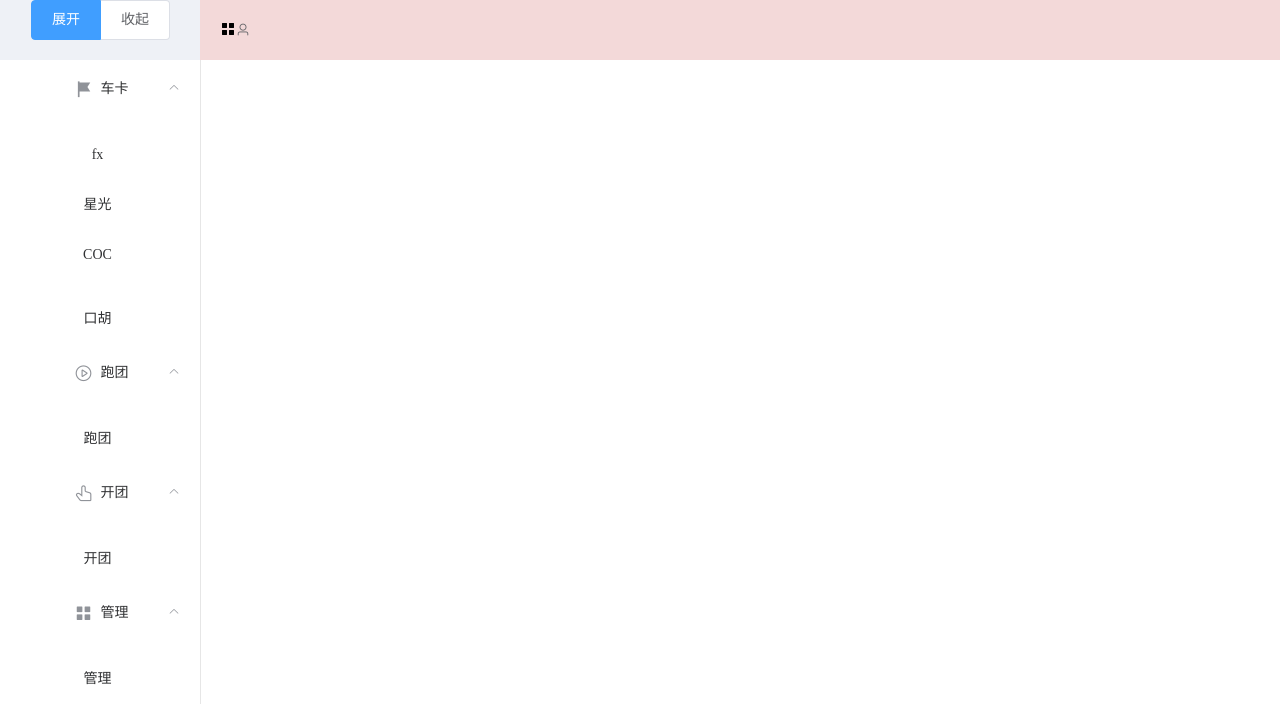
Repository: redlout/ptgkd
Page: /
These files come from the project's save history. The page is drawn as it stood at one moment and after the next save; the edit follows.
The browser window is 1280 px wide. The pictures show the whole page.
The project was rebuilt for these pictures with package versions that can differ from the ones it lists, and the page was loaded fresh each time. Also part of the build but not shown: src/mock/mock.js, src/views/Login.vue, src/components/SvgIcon/index.vue.

Above is the page before, as saved 2019-09-02 16:42:53.

### index.html
<!DOCTYPE html>
<html>
  <head>
    <meta charset="utf-8">
    <meta name="viewport" content="width=device-width,initial-scale=1.0">
    <title>ptgkd</title>
  </head>
  <body>
    <div id="app"></div>
    <!-- built files will be auto injected -->
  </body>
</html>

<style>
body{
  margin:0;
  padding:0;
}
</style>

### src/main.js
// import '@/styles/index.scss'
// import 'normalize.css/normalize.css'
import Vue from 'vue'
import App from './App'
import router from './router'

import ElementUI from 'element-ui'
import 'element-ui/lib/theme-chalk/index.css'
import api from './http/index'
import './icons'
import store from './store'

Vue.config.productionTip = false
Vue.use(ElementUI);
Vue.use(api);

// Vue.use(api)
/* eslint-disable no-new */
new Vue({
  el: '#app',
  router,
  store,
  render: h => h(App)
})

### src/router/index.js
import Vue from 'vue'
import Router from 'vue-router'
import HelloWorld from '@/views/HelloWorld'
import Login from '@/views/Login'

Vue.use(Router)

const router = new Router({
  routes: [
    {
      path: '/',
      name: 'HelloWorld',
      component: HelloWorld
    },
    {
      path: '/login',
      name: 'Login',
      component: Login
    }
  ]
})

export default router

### src/http/index.js
// 导入所有接口
import apis from './api'

const install = Vue => {
    if (install.installed)
        return;

    install.installed = true;

    Object.defineProperties(Vue.prototype, {
        // 注意，此处挂载在 Vue 原型的 $api 对象上
        $api: {
            get() {
                return apis
            }
        }
    })
}

export default install

### src/icons/index.js
import Vue from 'vue'
import SvgIcon from '@/components/SvgIcon'// svg component

// register globally
Vue.component('svg-icon', SvgIcon)

const req = require.context('./svg', false, /\.svg$/)
const requireAll = requireContext => requireContext.keys().map(requireContext)
requireAll(req)

### src/store/index.js
import Vue from 'vue'
import vuex from 'vuex'

Vue.use(vuex);
import collapse from './modules/collapse.js'
const store = new vuex.Store({
    modules: {
        collapseState: collapse,
        // menu: mymenu
        // 其他
    }
})

export default store

### src/views/HelloWorld.vue
<template>
<div class="container" >
  <el-container style="height: 100%;" direction="vertical">
    <AsideBar></AsideBar>
    <el-container>
      <HeadBar></HeadBar>
      <el-main></el-main>
    </el-container>
  </el-container>
</div>
</template>

<script>
import AsideBar from "../components/AsideBar/index";
import HeadBar from "../components/HeadBar/index";
export default {
  name: "HelloWorld",
  data() {
    return {
      isCollapse: false
    };
  },
  components: {
    AsideBar,
    HeadBar
  },
  methods: {
    logout: function() {
      var _this = this;
      this.$confirm("确认退出吗?", "提示", {
        type: "warning"
      }).then(() => {
        // sessionStorage.removeItem("user");
        this.$router.push("/login");
      });
    }
  }
};
</script>

<style scoped>
  .container {
    position:absolute;
    top: 0px;
    left: 0px;
    right: 0px;
    background: #4b5f6e;
  }
</style>

### src/http/api.js
import axios from './axios'

const login = data =>{
    return axios({
        url: '/login',
        method: 'post',
        data
    })
}

const logout = () =>{
    return axios({

    })
}

export default{
    login,
    logout
}

### src/store/modules/collapse.js
export default {
    state: {
        collapse:false  // 导航栏收缩状态
    },
    getters: {
        collapse(state){// 对应着上面state
            return collapse;
        }
    },
    mutations: {
        collapse(state){  // 改变收缩状态
            state.collapse = !state.collapse;
        }
    },
    actions: {

    }
}

### src/components/AsideBar/index.vue
<template>
  <el-aside width="initial" style="background-color: rgb(238, 241, 246) ">
          <el-radio-group v-model="isCollapse" style="margin-bottom:20px;">
        <el-radio-button :label="false">展开</el-radio-button>
        <el-radio-button :label="true">收起</el-radio-button>
      </el-radio-group>
    <el-menu
      :default-openeds="['1','2','3','4']"
      class="el-menu-vertical-demo"
      @open="handleOpen"
      @close="handleClose"
      :collapse="isCollapse"
    >

      <el-submenu index="1">
        <template slot="title">
          <i class="el-icon-s-flag"></i>
          <span slot="title">车卡</span>
        </template>
        <el-menu-item-group>
          <el-menu-item index="1-1">fx</el-menu-item>
          <el-menu-item index="1-2">星光</el-menu-item>
          <el-menu-item index="1-3">COC</el-menu-item>
        </el-menu-item-group>
        <el-menu-item-group>
          <el-menu-item index="1-1">口胡</el-menu-item>
        </el-menu-item-group>
      </el-submenu>
      <el-submenu index="2">
        <template slot="title">
          <i class="el-icon-video-play"></i>
          <span slot="title">跑团</span>
        </template>
        <el-menu-item-group>
          <el-menu-item index="2-1">跑团</el-menu-item>
        </el-menu-item-group>
      </el-submenu>
      <el-submenu index="3">
        <template slot="title">
          <i class="el-icon-thumb"></i>
          <span slot="title">开团</span>
        </template>
        <el-menu-item-group>
          <el-menu-item index="3-1">开团</el-menu-item>
        </el-menu-item-group>
      </el-submenu>
      <el-submenu index="4">
        <template slot="title">
          <i class="el-icon-menu"></i>
          <span slot="title">管理</span>
        </template>
        <el-menu-item-group>
          <el-menu-item index="3-1">管理</el-menu-item>
        </el-menu-item-group>
      </el-submenu>
    </el-menu>
  </el-aside>
</template>


<script>
export default {
  name: "AsideBar",
  data() {
    return {
      isCollapse: false
    };
  },
  methods: {
    handleOpen(key, keyPath) {
      // console.log(key, keyPath);
    },
    handleClose(key, keyPath) {
      // console.log(key,keyPath)
    }
  }
};
</script>

<style>
.el-aside {
  background-color: #d3dce6;
  color: #333;
  text-align: center;
  line-height: 10px;
  position: absolute;
}
.el-menu-vertical-demo:not(.el-menu--collapse) {
  width: 200px;
  min-height: 400px;
}
</style>

### src/components/HeadBar/index.vue
<template>
  <el-header :class="collapse?'menu-bar-collapse-width':'menu-bar-width'">
    <span @click.prevent="collapse">
      <i class="el-icon-menu"></i>
    </span>
    <el-dropdown>
      <i class="el-icon-user" style="margin-right: 15px"></i>
      <el-dropdown-menu slot="dropdown">
        <el-dropdown-item>个人信息</el-dropdown-item>
        <el-dropdown-item>管理</el-dropdown-item>
        <el-dropdown-item divided @click="logout">登出</el-dropdown-item>
      </el-dropdown-menu>
    </el-dropdown>
  </el-header>
  <!-- <el-main></el-main> -->
</template>


<style>
.el-header {
  position: absolute;
  background-color: rgb(243, 217, 217);
  left: 200px;
  right: 0px;
  height: 60px;
  line-height: 60px;
}
  .menu-bar-width{
    left: 200px;
  }
    .menu-bar-collapse-width{
    left: 65px;
  }
</style>

### src/http/axios.js
import axios from 'axios';
import qs from 'qs';
import Cookies from "js-cookie";
import router from "@/router"

export default function $axios(options){
    return new Promise((resolve, reject) => {
      console.log(options)
        const instance = axios.create({
            baseURL: 'http://localhost:8080/',
            headers: {'Content-Type': 'application/json;charset=UTF-8'},
            timeout: '10000',
            transformResponse: [function (data){
            }]
        })
        // request 拦截器
        instance.interceptors.request.use(function(config){
                let token = Cookies.get('token')
                console.log(config)
                if(1){
                    config.headers.accessToken = 111
                }else{
                    //重定向到登陆页面
                    router.push('/login')
                }
                if(config.method === 'post'){
                    if(config.data.__proto__ === FormData.prototype
                        || config.url.endsWith('path')
                        || config.url.endsWith('mark')
                        || config.url.endsWith('patchs')
                        ){
                        }else{
                          config.data = qs.stringify(config.data)
                          console.log(config.data)
                        }
                    }
                    return config
                },
                function (error) {
                // 请求超时
                console.log('request:', error)
                if(error.code === 'ECONNABORTED' && error.message.indexOf('timeout') !== -1){
                    console.log('timeout 请求超时')
                }
                // 重定向到错误页面
                const errorInfo = error.response
                console.log(errorInfo)
                if(errorInfo){
                    error = errorInfo.data
                    const errorStatus = errorInfo.statue; // 404 403 500 ...
                    router.push({
                        path:  `/error/${errorStatus}`
                    })
                }
                return Promise.reject(error)
            }
        )
        console.log(11111111111111)
        instance.interceptors.response.use(function(response){
                let data;
                if(response.data == undefined){
                  data = JSON.parse(response.request.responseText)
                }else{
                    data = response.data
                }

                //根据返回的code 来进行不同的处理
                switch(data.rc){
                    case 1:
                        console.log(data.desc)
                        break;
                    case 0:
                        store.commit('changeState')
                    default:

                }
                return data
            },
            function(err){
              console.log(999999)
                if (err && err.response) {
                    switch (err.response.status) {
                      case 400:
                        err.message = '请求错误'
                        break
                      case 401:
                        err.message = '未授权，请登录'
                        break
                      case 403:
                        err.message = '拒绝访问'
                        break
                      case 404:
                        err.message = `请求地址出错: ${err.response.config.url}`
                        break
                      case 408:
                        err.message = '请求超时'
                        break
                      case 500:
                        err.message = '服务器内部错误'
                        break
                      case 501:
                        err.message = '服务未实现'
                        break
                      case 502:
                        err.message = '网关错误'
                        break
                      case 503:
                        err.message = '服务不可用'
                        break
                      case 504:
                        err.message = '网关超时'
                        break
                      case 505:
                        err.message = 'HTTP版本不受支持'
                        break
                      default:
                    }
                  }
                  console.error(err)
                  return Promise.reject(err)
            }
        )
        //请求处理
        instance(options).then(res => {
          console.log(2222222)
            resolve(res)
            return false
        }).catch(error => {
          console.log(33333)
            reject(error)
        })
        console.log(4444)
    })
}

Loaded but not shown: src/App.vue (common file)

After the next save:
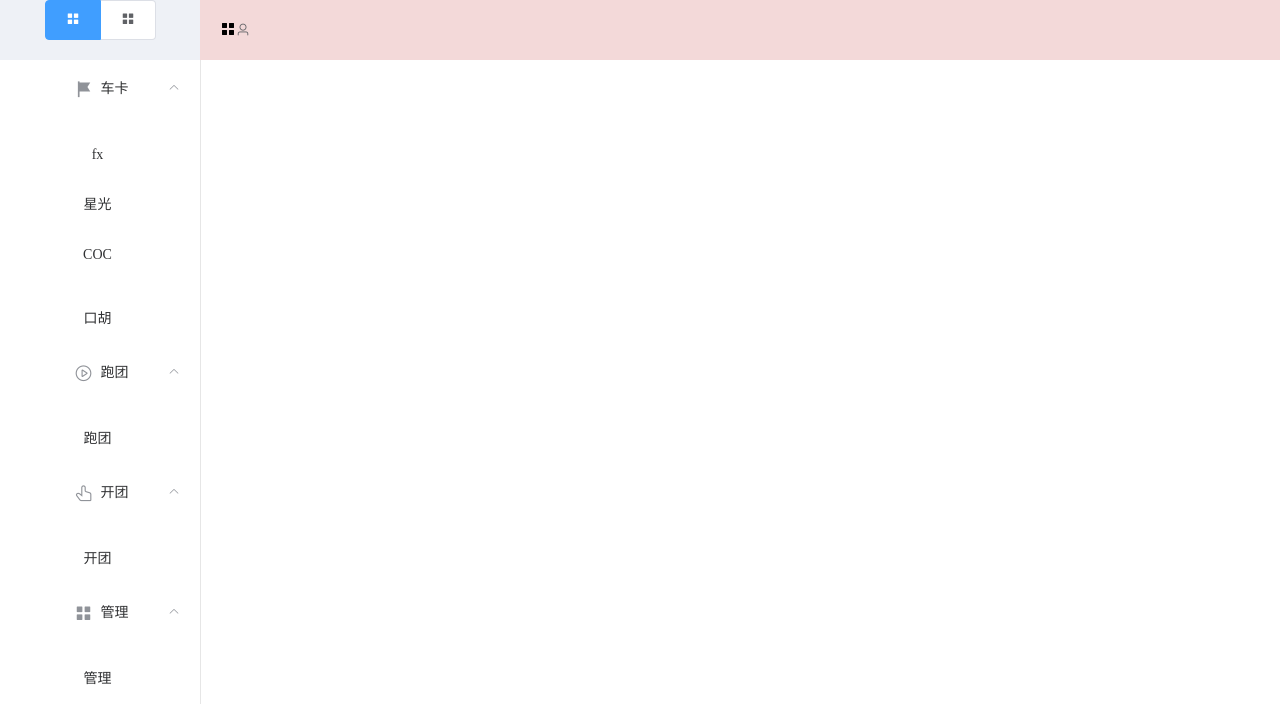
Saved 31 s later.
--- a/src/components/AsideBar/index.vue
+++ b/src/components/AsideBar/index.vue
@@ -1,8 +1,8 @@
 <template>
   <el-aside width="initial" style="background-color: rgb(238, 241, 246) ">
           <el-radio-group v-model="isCollapse" style="margin-bottom:20px;">
-        <el-radio-button :label="false">展开</el-radio-button>
-        <el-radio-button :label="true">收起</el-radio-button>
+        <el-radio-button :label="false"><i class="el-icon-menu"></i></el-radio-button>
+        <el-radio-button :label="true"><i class="el-icon-menu"></i></el-radio-button>
       </el-radio-group>
     <el-menu
       :default-openeds="['1','2','3','4']"
